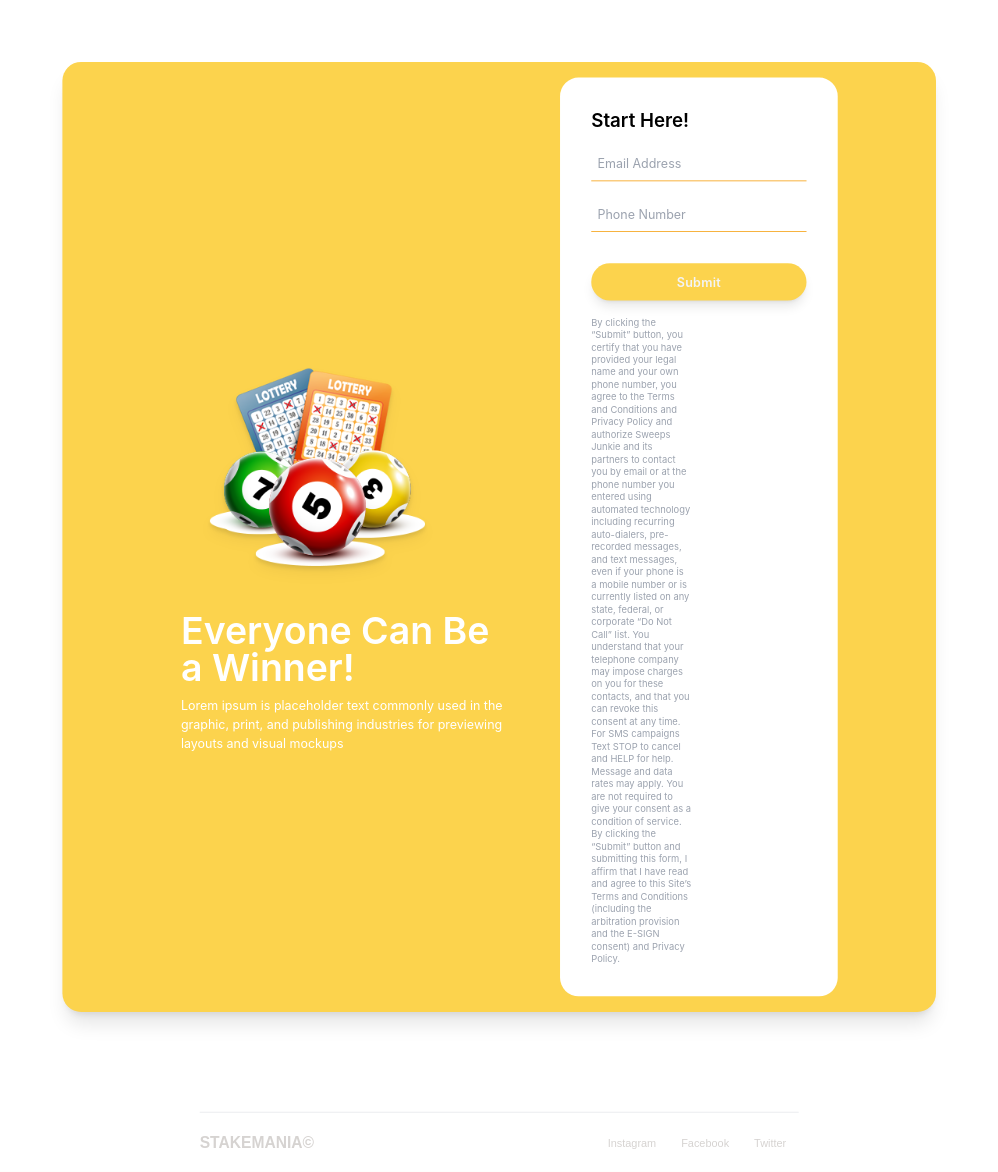
Repository: VictorJPimentel/Lottery
Page: /
The author's editor kept a copy of each file at every save. The page is drawn from the files as they stood at one save, then again after the next save.
The browser window is 1280 px wide. The pictures show the part of the page from y = 384 to 1887 px (the page is 1887 px tall before and 1847 px after), at 78% of full size.
Backgrounds fixed to the window are drawn as part of the page. The project was rebuilt for these pictures with package versions that can differ from the ones it lists, and the page was loaded fresh each time. Also part of the build but not shown: src/App.css.

Above is the page before, as saved 2022-08-12 20:26:31.

After the next save:
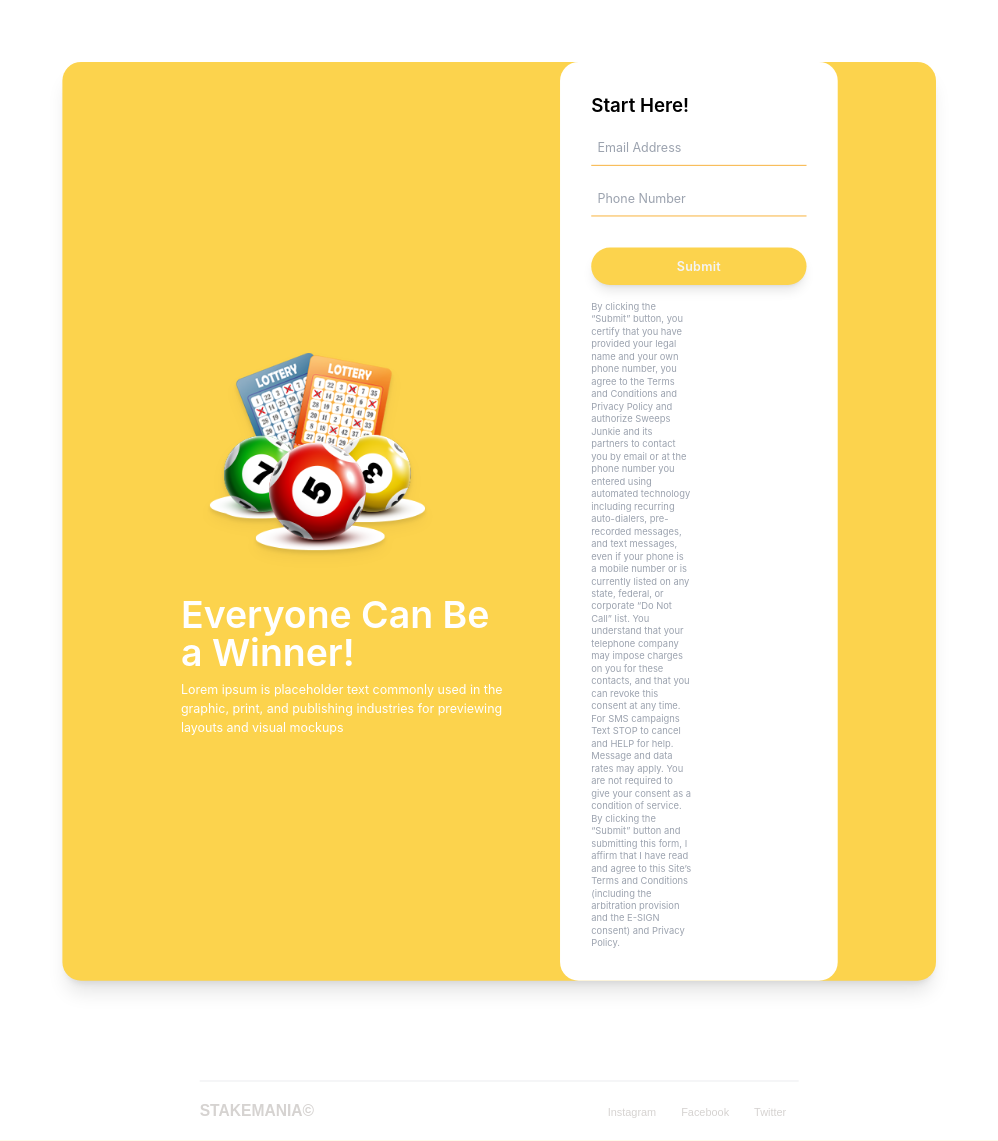
Saved 112 s later.
--- a/src/components/Form.jsx
+++ b/src/components/Form.jsx
@@ -3,7 +3,7 @@ import React from "react";
 function Form() {
   return (
     <>
-      <div className="min-h-screen  sm:flex sm:flex-row  justify-center bg-amber-300 lg:p-50 ms:p-10 ss:h-full ss:p-5 rounded-3xl shadow-xl xl:m-20 m-6  ">
+      <div className="min-h-screen  sm:flex sm:flex-row  justify-center bg-amber-300 lg:p-50 ms:p-10 ss:h-full ss:hidden rounded-3xl shadow-xl xl:m-20 m-6  ">
         <div className="flex-col flex  self-center lg:p-10 sm:max-w-5xl xl:max-w-lg  z-10 sm:p-1">
           <div className="self-start hidden lg:flex flex-col  text-white">
             <div className="flex items-center mb-5">
